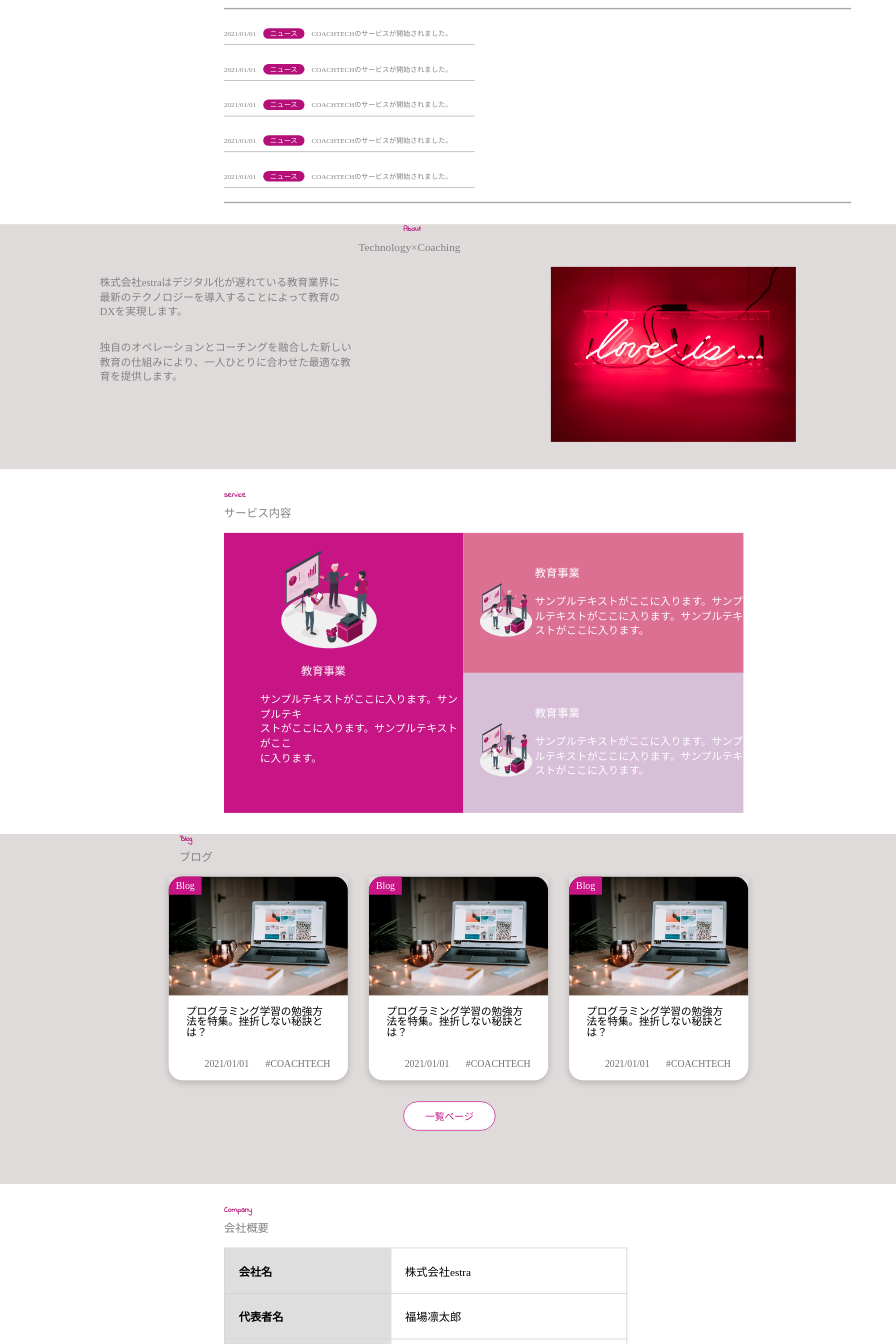
Repository: sigemasaasuka/20210902
Page: index.html
The author's editor kept a copy of each file at every save. The page is drawn from the files as they stood at one save, then again after the next save.
The browser window is 1280 px wide. The pictures show the part of the page from y = 526 to 2446 px (the page is 3297 px tall), at 70% of full size.

Above is the page before, as saved 2021-10-05 19:22:04.

After the next save:
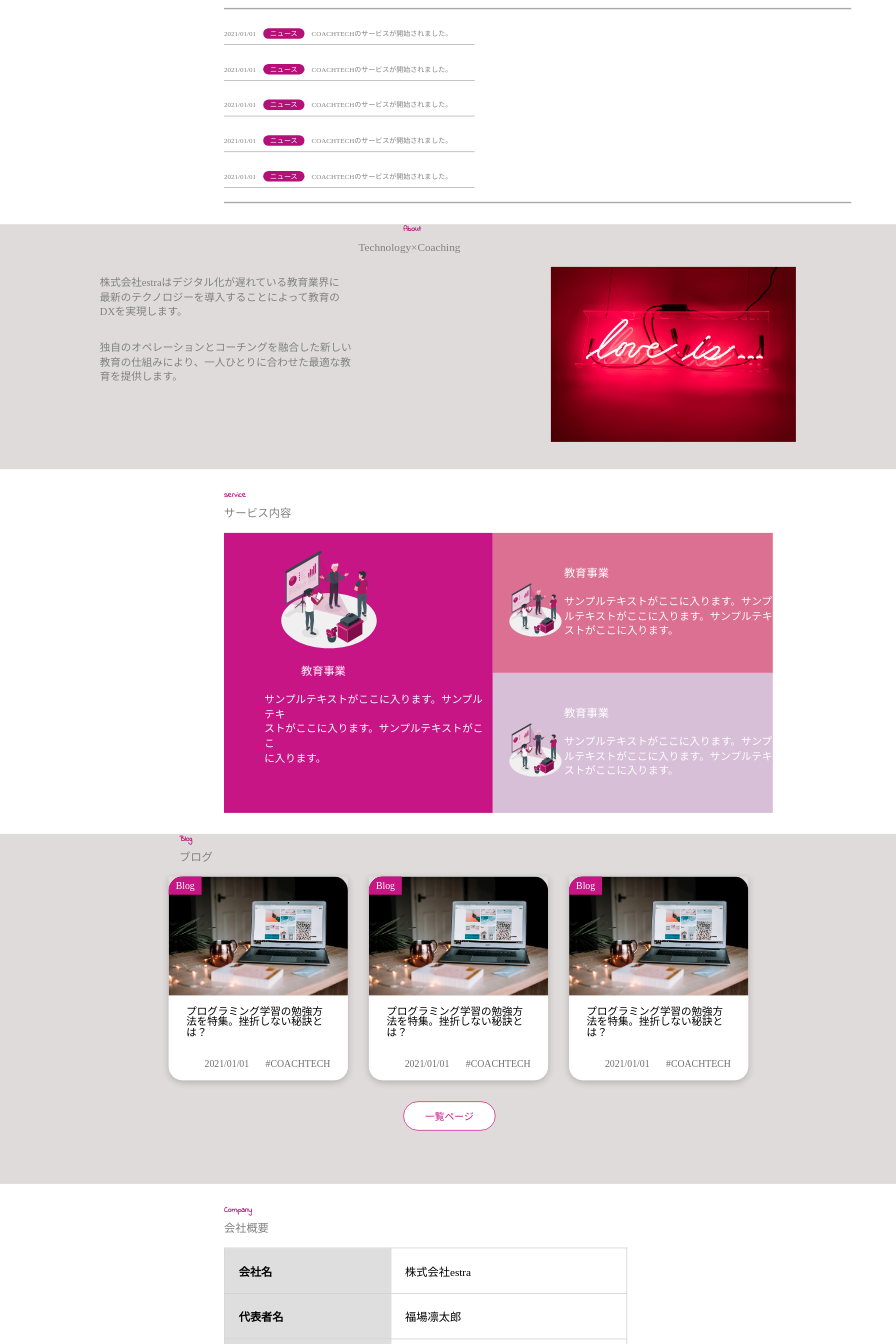
Saved 4 s later.
--- a/css/style.css
+++ b/css/style.css
@@ -88,7 +88,7 @@
 }
 
 .local {
- margin-left: 25%;
+  margin-left: 25%;
   border-color: rgb(170, 168, 168);
   border-top: solid 2px rgb(170, 168, 168);
   border-bottom: solid 2px rgb(170, 168, 168);
@@ -179,7 +179,7 @@
   background-color: #c71585;
   margin-top: 20px;
   margin-left: 25%;
-  width: 305;
+  width: 30%;
   height: 400px;
 }
 
